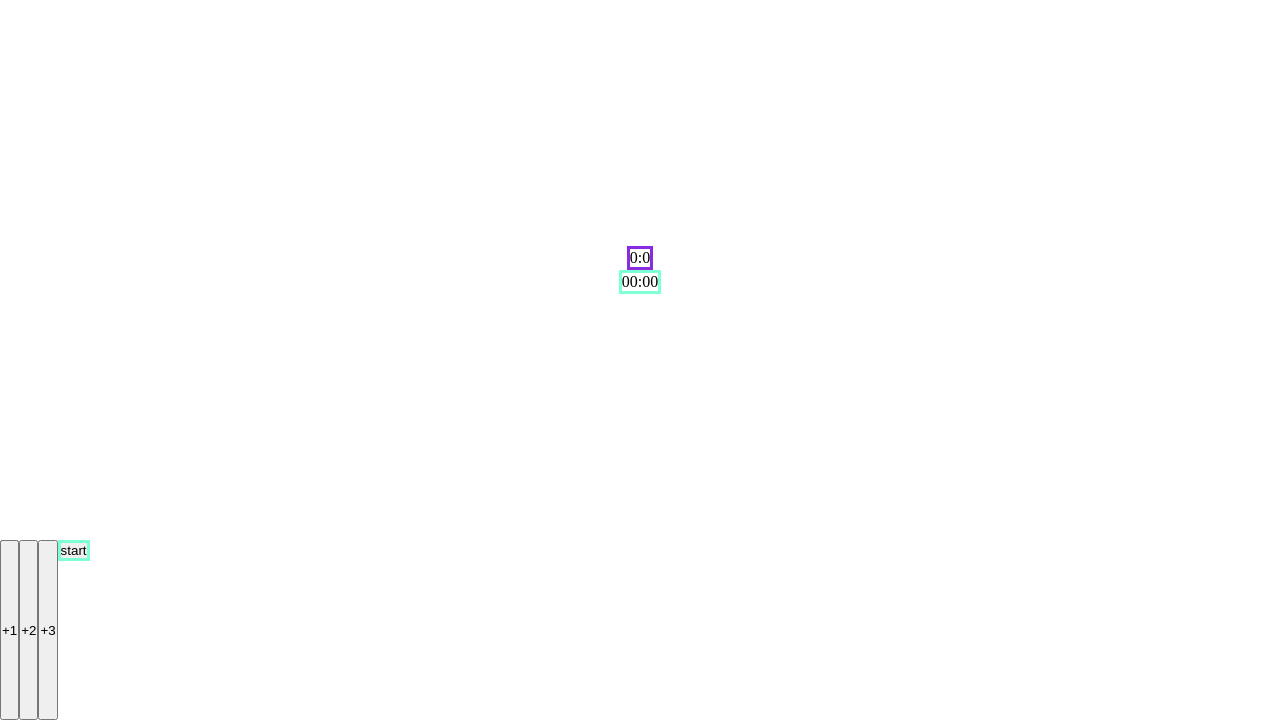
Repository: bollo89/scoreBoard
Page: index.html
An editor plug-in stored every save of this project. The page is shown before and after the next save, followed by the edit.
The browser window is 1280 px wide. The pictures show the whole page.

Above is the page before, as saved 2022-01-25 11:26:53.
Console error: TypeError: Cannot set properties of null (setting 'innerHTML')

### index.html
<!DOCTYPE html>
<html lang="en">
<head>
    <meta charset="UTF-8">
    <meta http-equiv="X-UA-Compatible" content="IE=edge">
    <meta name="viewport" content="width=device-width, initial-scale=1.0">
    <link rel="stylesheet" href="./style.css">
    <title>Document</title>
</head>
<body>
    <section class="tablica">
        <div class="wynik">
            <div class="home"></div>
            <div class="colon">:</div>
            <div class="away"></div>
        </div>
        <div class="timer">00:00</div>
    </section>
    <section class="menu">
        <section class="btnsH">
            <div><button class="btn1h">+1</button></div>
            <div><button class="btn2h">+2</button></div>
            <div><button class="btn3h">+3</button></div>
        </section>
        <section class="btnsA">
            <div></div><button class="btn1a">+1</button></div>
            <div></div><button class="btn2a">+2</button></div>
            <div></div><button class="btn3a">+3</button></div>
        </section>
        <section class="centralMenu">
            <button class="timer">start</button>
        </section>
</section>
<script src="./script.js"></script>
</body>
</html>

### style.css
* {
    margin: 0;
    padding: 0;
}
.tablica {
    height: 75vh;
    width: 100%;
    display: flex;
    flex-direction: column;
    align-items: center;
    justify-content: center;
}

.wynik {
    display: flex;
    flex-direction: row;
    border: 3px solid blueviolet;
}
.timer {
    border: 3px solid aquamarine;
}

.menu {
    height: 25vh;
    width: 100%;
    display: flex;

    font-size: 0;
}
.btnsH {
display: flex;
justify-content: flex-start;
}
.btnsA {
    display: flex;
    justify-content: flex-end;
}
.btnsH div {
    width: 3em;
    height: 3em;
}
.btnsA div {
    width: 3em;
    height: 3em;
}
.centralMenu {
    justify-content: center;
}

### script.js
let home = document.querySelector('.home');
let n = 0;
home.innerHTML = n;

let away = document.querySelector('.away');
let m = 0;
away.innerHTML = m;

let btn1h = document.querySelector('.btn1h');
let btn2h = document.querySelector('.btn2h');
let btn3h = document.querySelector('.btn3h');
let btn1a = document.querySelector('.btn1a');
let btn2a = document.querySelector('.btn2a');
let btn3a = document.querySelector('.btn3a');
//punkty po lewej
function score1home() {
    n+=1;
    home.innerHTML = n;
    console.log(n);
}
function score2home() {
    n+=2;
    home.innerHTML = n;
    console.log(n);
}
function score3home() {
    n+=3;
    home.innerHTML = n;
    console.log(n);
}
//punkty po prawej
function score1away() {
    m+=1;
    away.innerHTML = m;
    console.log(m);
}
function score2away() {
    m+=2;
    away.innerHTML = m;
    console.log(m);
}
function score3away() {
    m+=3;
    away.innerHTML = m;
    console.log(m);
}

//przyciskibtn1.addEventListener('click',score1home,false);
btn1h.addEventListener('click',score1home,false);
btn2h.addEventListener('click',score2home,false);
btn3h.addEventListener('click',score3home,false);
btn1a.addEventListener('click',score1away,false);
btn2a.addEventListener('click',score2away,false);
btn3a.addEventListener('click',score3away,false);

setInterval(myTimer, 1000);

function myTimer() {
  const d = new Date();
  document.querySelector("timer").innerHTML = d.toLocaleTimeString();
}

After the next save:
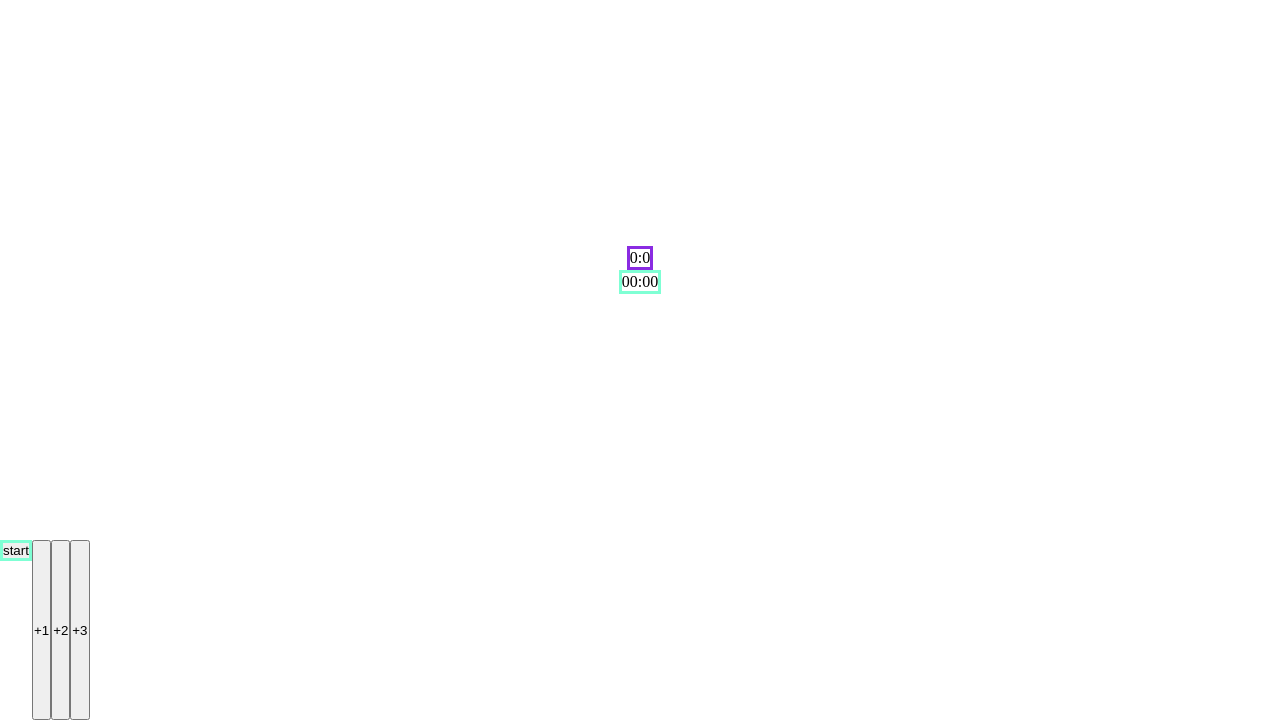
Saved 61 s later.
--- a/index.html
+++ b/index.html
@@ -22,14 +22,15 @@
             <div><button class="btn2h">+2</button></div>
             <div><button class="btn3h">+3</button></div>
         </section>
+        <section class="centralMenu">
+            <button class="timer">start</button>
+        </section>
         <section class="btnsA">
             <div></div><button class="btn1a">+1</button></div>
             <div></div><button class="btn2a">+2</button></div>
             <div></div><button class="btn3a">+3</button></div>
         </section>
-        <section class="centralMenu">
-            <button class="timer">start</button>
-        </section>
+
 </section>
 <script src="./script.js"></script>
 </body>
